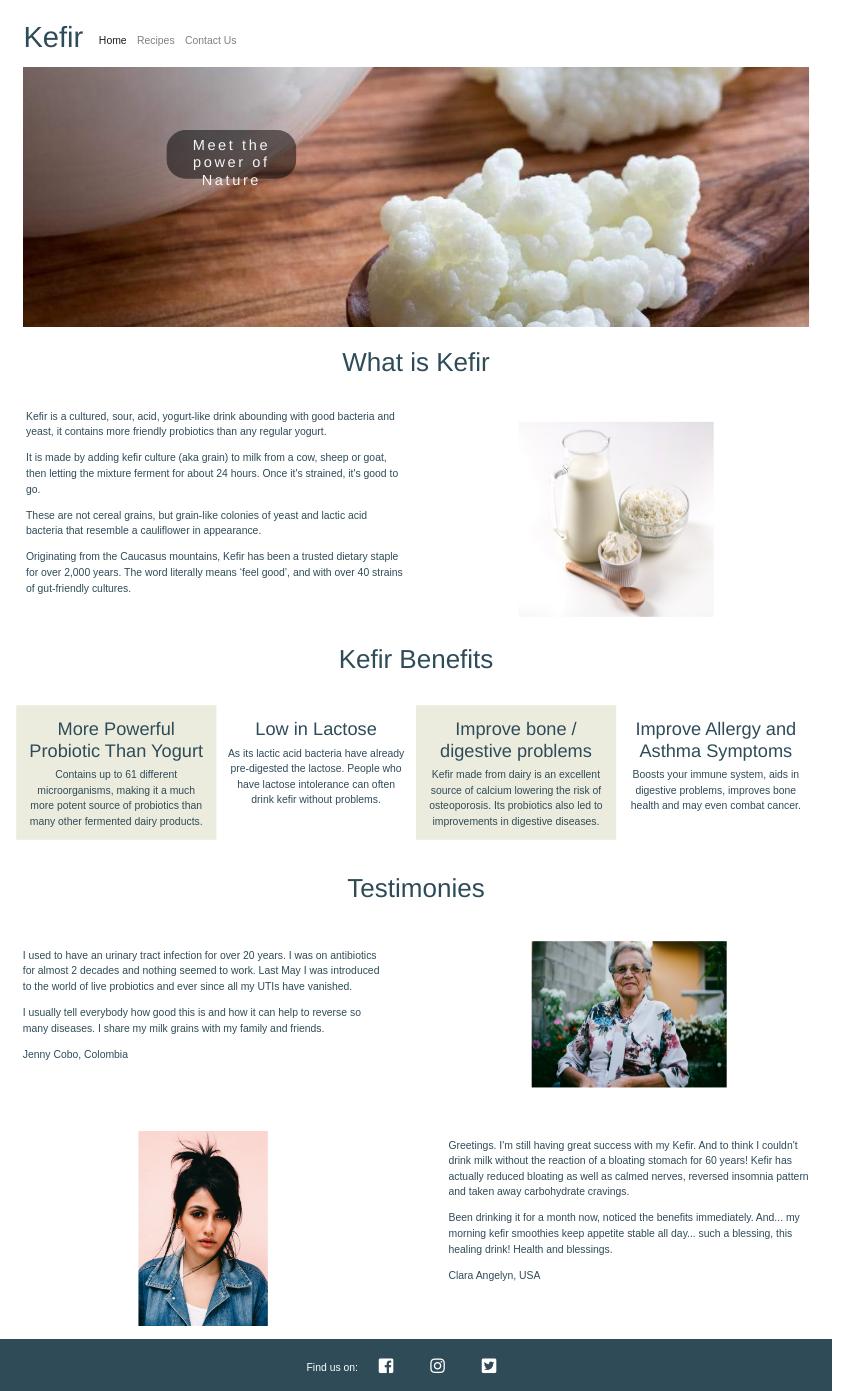
Repository: Code-Institute-Submissions/andna5980-kefir-repo_JuneResub
Page: index.html
These files come from the project's save history. The page is drawn as it stood at one moment and after the next save; the edit follows.
The browser window is 1280 px wide. The page is 1295 px wide, so the pictures cover 1295 px, including what lies to the right of the window. The pictures show the whole page, at 65% of full size.
Some web fonts or font styles are not loaded; a fallback is used. Some web libraries are served in a nearby version.

Above is the page before, as saved 2021-03-03 00:37:26.

After the next save:
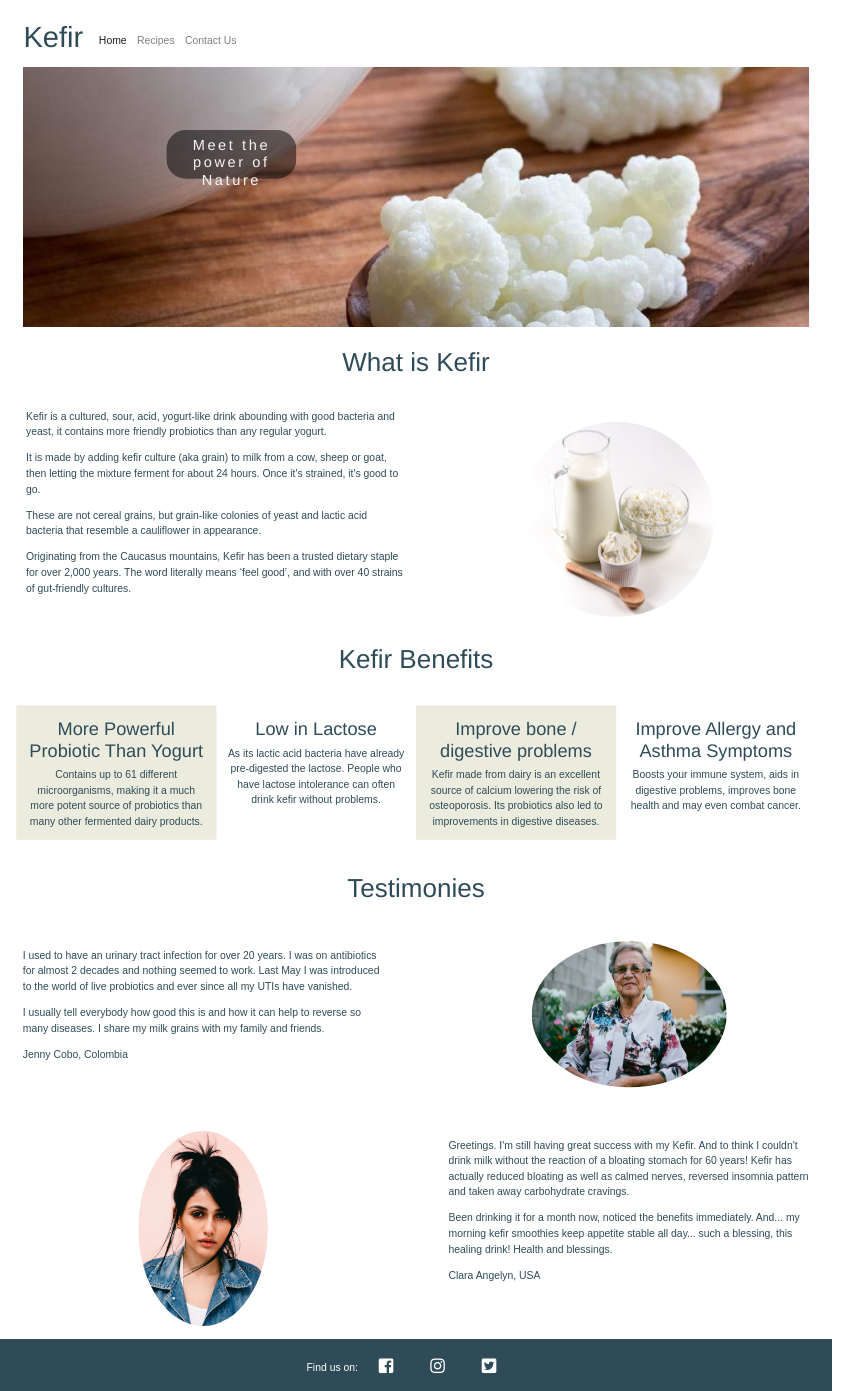
Saved 44 s later.
--- a/assets/styles/style.css
+++ b/assets/styles/style.css
@@ -156,7 +156,7 @@ h1, h2, h3 {
     justify-content: center;
 }
 
-.image-border {
+img {
     border-radius: 50%;
 }
 
